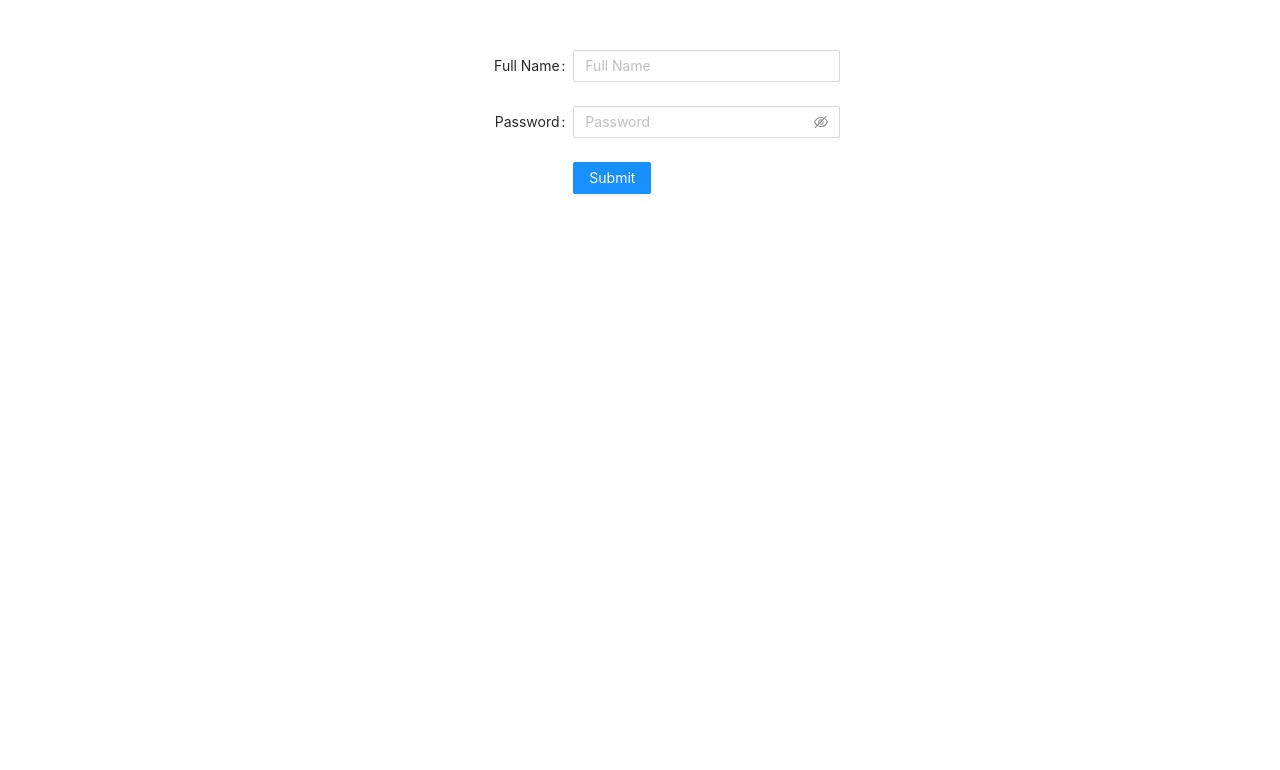
Repository: baodien1405/module-form
Page: /
An editor plug-in stored every save of this project. The page is shown before and after the next save, followed by the edit.
The browser window is 1280 px wide. The pictures show the whole page.
The project was rebuilt for these pictures with package versions that can differ from the ones it lists, and the page was loaded fresh each time.

Above is the page before, as saved 2021-09-09 12:56:02.

After the next save:
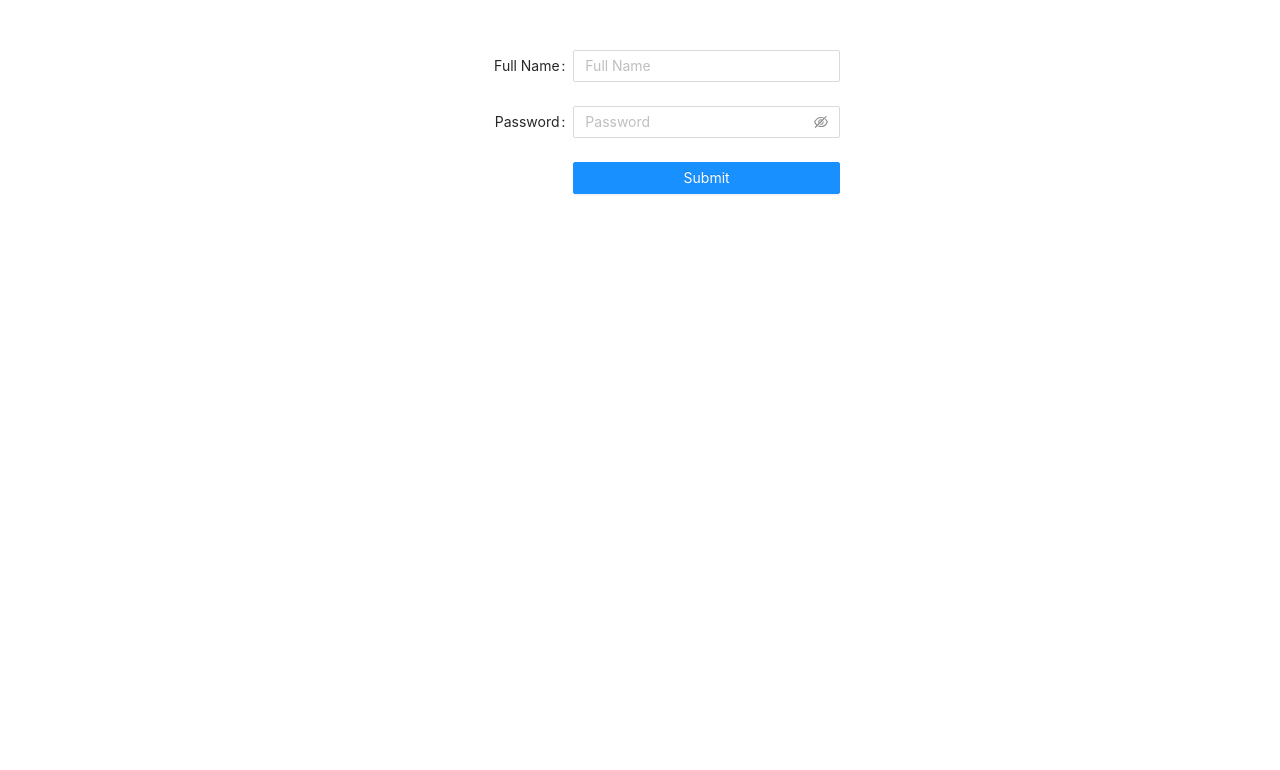
Saved 37 min 27 s later.
--- a/src/features/onboarding/component/OnboardingForm.tsx
+++ b/src/features/onboarding/component/OnboardingForm.tsx
@@ -57,7 +57,7 @@ export default function OnboardingForm({
       <PasswordField name="password" label="Password" control={control} />
 
       <Form.Item wrapperCol={{ offset: 8, span: 16 }}>
-        <Button type="primary" htmlType="submit" loading={isSubmitting}>
+        <Button block type="primary" htmlType="submit" loading={isSubmitting}>
           Submit
         </Button>
       </Form.Item>
